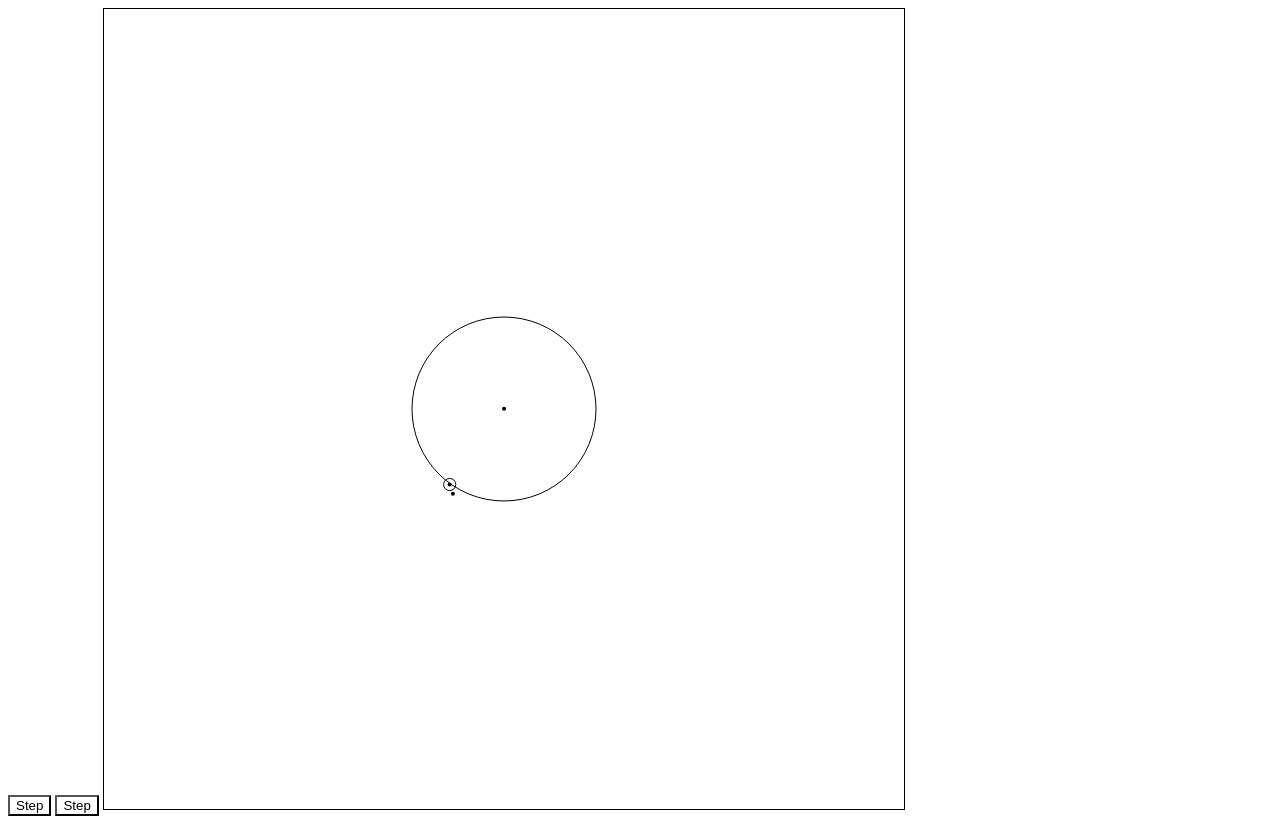
Repository: blahnikkai/n-body-simulation
Page: index.html
The author's editor kept a copy of each file at every save. The page is drawn from the files as they stood at one save, then again after a run of saves.
The browser window is 1280 px wide. The pictures show the whole page.

Above is the page before, as saved 2024-02-22 16:00:48.

### index.html
<!DOCTYPE html>
<html lang="en">
    <head>
        <meta charset="UTF-8" />
        <meta name="viewport" content="width=device-width, initial-scale=1.0" />
        <title>Document</title>
        <link rel="stylesheet" href="styles.css">
        <script src="script.js" defer></script>
    </head>
    <body>
        <button id="step">Step</button>
        <button id="step">Step</button>
        <canvas id="canvas" width="800" height="800">
    </body>
</html>

### styles.css
canvas {
    background-color: white;
    border: 1px solid black;
}

#step {
    background-color: white;
}

html {
    background-color: white;
}

### script.js
const G = 6.67e-11
const DIST_SCALE = 1000000
const TIME_SCALE = 5
const FRAMERATE = 60

class Vector {
    constructor(x, y) {
        this.x = x
        this.y = y
    }
}

function norm(vec) {
    return Math.hypot(vec.x, vec.y)
}

function add(vec1, vec2) {
    return new Vector(vec1.x + vec2.x, vec1.y + vec2.y)
}

function scale(scalar, vec) {
    return new Vector(scalar * vec.x, scalar * vec.y)
}

function sub(vec1, vec2) {
    return add(vec1, scale(-1, vec2))
}

function dist(vec1, vec2) {
    return norm(sub(vec1, vec2))
}

class Body {

    constructor(mass, pos, vel) {
        this.mass = mass
        this.pos = pos
        this.vel = vel
        this.acc = new Vector(0, 0)
    }

    integrate() {
        // do i need "this."
        console.log('starting integrate')
        console.log(`vel = ${this.vel}`)
        console.log(`pos = ${this.pos}`)
        this.vel = add(this.vel, scale(TIME_SCALE / FRAMERATE, this.acc))
        this.pos = add(this.pos, scale(TIME_SCALE / FRAMERATE, this.vel))
        console.log('ending integrate')
        console.log(`vel = ${this.vel}`)
        console.log(`pos = ${this.pos}`)
    }

    interact(body2) {
        const d = dist(this.pos, body2.pos)
        const acc_mag = G * body2.mass / Math.pow(d, 2)
        const diff = sub(body2.pos, this.pos)
        console.log(`in interact, diff = `)
        console.log(diff)
        const unit = scale(1 / norm(diff), diff)
        const acc = scale(acc_mag, unit)
        this.acc = add(this.acc, acc)
    }
}

function main() {
    canvas = document.getElementById('canvas')
    const ctx = canvas.getContext('2d')
    let bodies = []
    // sun
    bodies.push(new Body(1.99e33, new Vector(400 * DIST_SCALE, 400 * DIST_SCALE), new Vector(0, 0)))
    // earth
    // const v_earth = -37983549.0706
    bodies.push(new Body(5.97e29, new Vector((400 + 92) * DIST_SCALE, 400 * DIST_SCALE), new Vector(0, -37983549.0706)))
    // moon ?!
    bodies.push(new Body(7.35e22, new Vector((400 + 92 - 6.1) * DIST_SCALE, 400 * DIST_SCALE), new Vector(0, -37983549.0706 - 1.5 * 2555031)))
    canvas.addEventListener('click', (e) => {
        const rect = e.target.getBoundingClientRect()
        const x = e.clientX - rect.left
        const y = e.clientY - rect.top
        const body = new Body(1_000_000, new Vector(DIST_SCALE * x, DIST_SCALE * y), new Vector(0, 0))
        console.log('clicked')
        bodies.push(body)
    })
    const step = () => {
        for(let i = 0; i < bodies.length; ++i) {
            bodies[i].acc = new Vector(0, 0)
        }
        for(let i = 0; i < bodies.length; ++i) {
            for(let j = i + 1; j < bodies.length; ++j) {
                bodies[i].interact(bodies[j])
                bodies[j].interact(bodies[i])
            }
        }
        for(let i = 0; i < bodies.length; ++i) {
            bodies[i].integrate()
        }
        setTimeout(step, 1000 / FRAMERATE)
    }
    const render = () => {
        ctx.clearRect(0, 0, canvas.width, canvas.height)
        ctx.beginPath()
        ctx.arc(400, 400, 92, 0, 2 * Math.PI)
        ctx.stroke()
        for(let i = 0; i < bodies.length; ++i) {
            ctx.beginPath()
            ctx.arc(bodies[i].pos.x / DIST_SCALE, bodies[i].pos.y / DIST_SCALE, 2, 0, 2 * Math.PI)
            ctx.fill()
            console.log('drawing')
            console.log(bodies)
            console.log(bodies[i].pos.x)
            console.log(bodies[i].pos.y)
        }
        ctx.beginPath()
        ctx.arc(bodies[1].pos.x / DIST_SCALE, bodies[1].pos.y / DIST_SCALE, 6.1, 0, 2 * Math.PI)
        ctx.stroke()
        // setTimeout(render, 1000 / FRAMERATE)
        window.requestAnimationFrame(render)
    }
    render()
    step()
    const step_btn = document.getElementById('step')
    step_btn.addEventListener('click', () => {
        step()
    })
}

main()

After the next 2 saves:
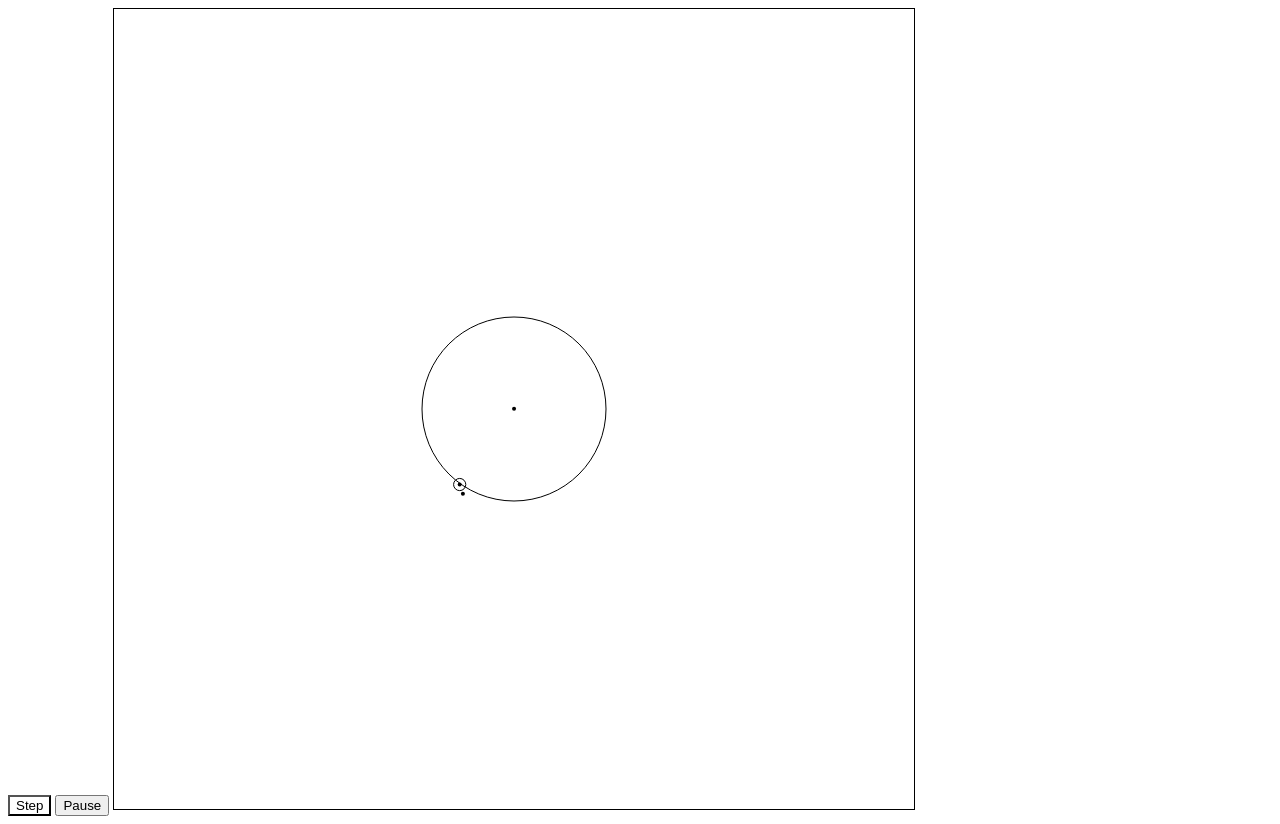
The 2 saves are shown as one change because they came seconds apart.
The last was saved 15 s later.
--- a/index.html
+++ b/index.html
@@ -9,7 +9,7 @@
     </head>
     <body>
         <button id="step">Step</button>
-        <button id="step">Step</button>
+        <button id="pause">Pause</button>
         <canvas id="canvas" width="800" height="800">
     </body>
 </html>
